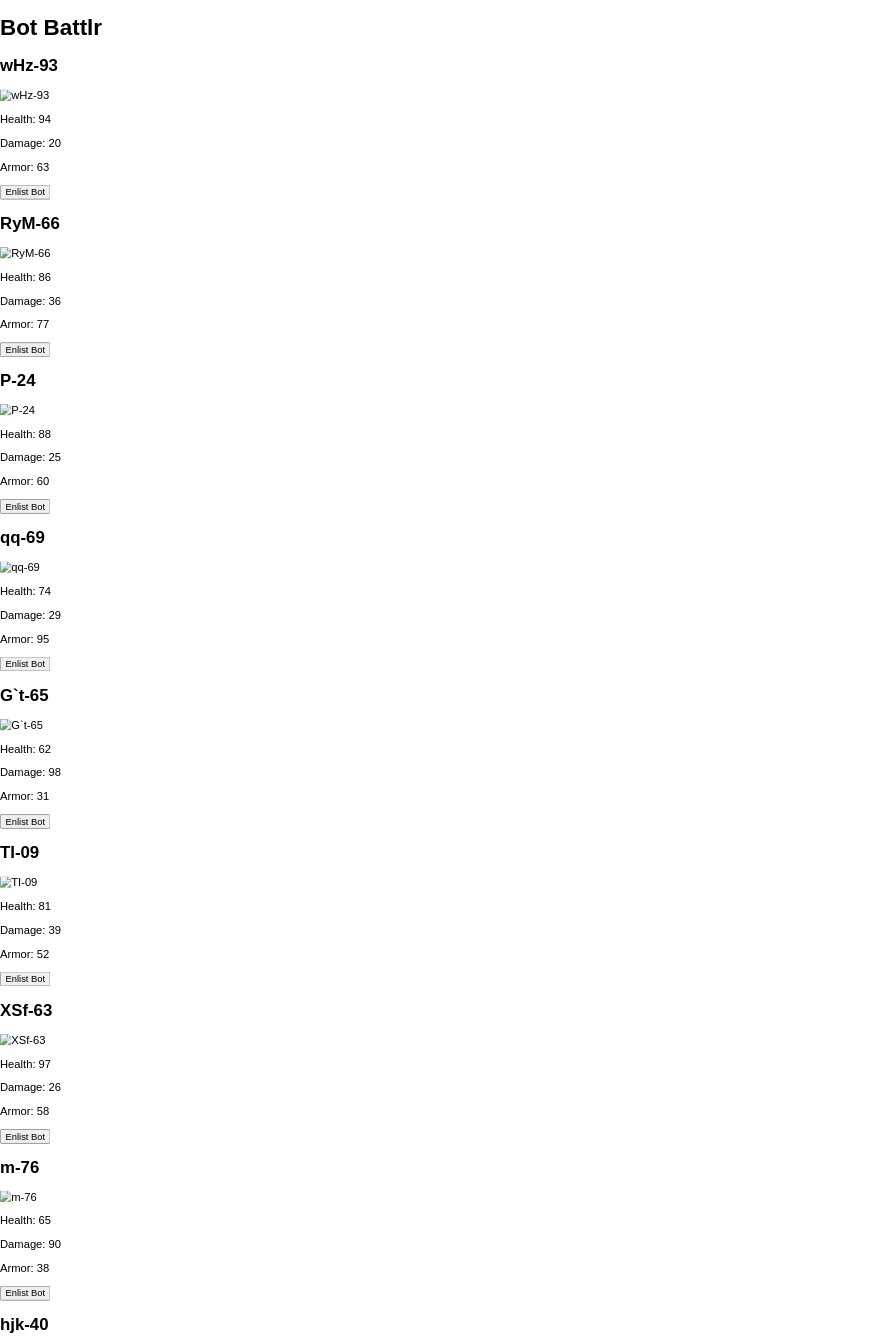
Repository: Kipkoechrono/phase-2-wk-2-bot-battlr-code-challenge
Page: / (app in bot-battlr/)
These files come from the project's save history. The page is drawn as it stood at one moment and after the next save; the edit follows.
The browser window is 1280 px wide. The pictures show the part of the page from y = 0 to 1920 px (the page is 22541 px tall before and 8105 px after), at 70% of full size.
The project was rebuilt for these pictures with package versions that can differ from the ones it lists, and the page was loaded fresh each time. Requests to the local data server were answered from the project's data file.

Above is the page before, as saved 2024-08-19 17:57:51.

After the next save:
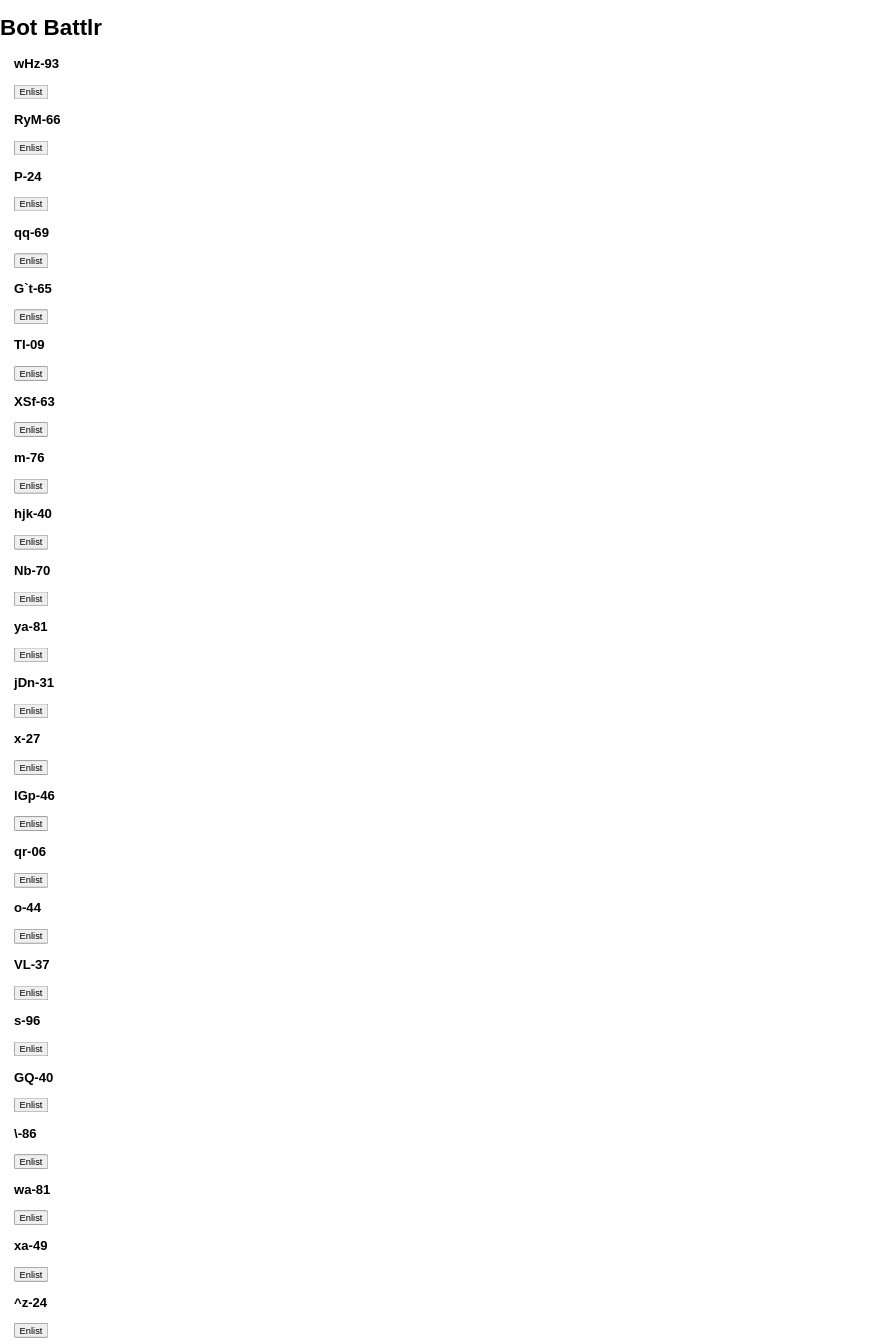
Saved 29 s later.
--- a/bot-battlr/src/components/BotCollection.js
+++ b/bot-battlr/src/components/BotCollection.js
@@ -1,20 +1,24 @@
-import React from 'react';
-import BotCard from './BotCard';
+import React from "react";
+import BotCard from "./BotCard";
 
-function BotCollection({ bots, onEnlist }) {
+function BotCollection({ bots, enlistBot, deleteBot }) {
+  // Your code here
+  const botItem = bots.map((bot) => {
+    return (
+      <BotCard
+        key={bot.id}
+        bot={bot}
+        clickEvent={enlistBot}
+        deleteBot={deleteBot}
+      />
+    );
+  });
   return (
-    <div className="bot-collection">
-      {bots.map(bot => (
-        <div key={bot.id} className="bot-card">
-          <h2>{bot.name}</h2>
-          {/* Render the image */}
-          <img src={bot.image} alt={bot.name} style={{ width: '150px', height: '150px' }} />
-          <p>Health: {bot.health}</p>
-          <p>Damage: {bot.damage}</p>
-          <p>Armor: {bot.armor}</p>
-          <button onClick={() => onEnlist(bot.id)}>Enlist Bot</button>
-        </div>
-      ))}
+    <div className="ui four column grid">
+      <div className="row">
+        {/*...and here..*/}
+        {botItem}
+      </div>
     </div>
   );
 }

After the save that followed:
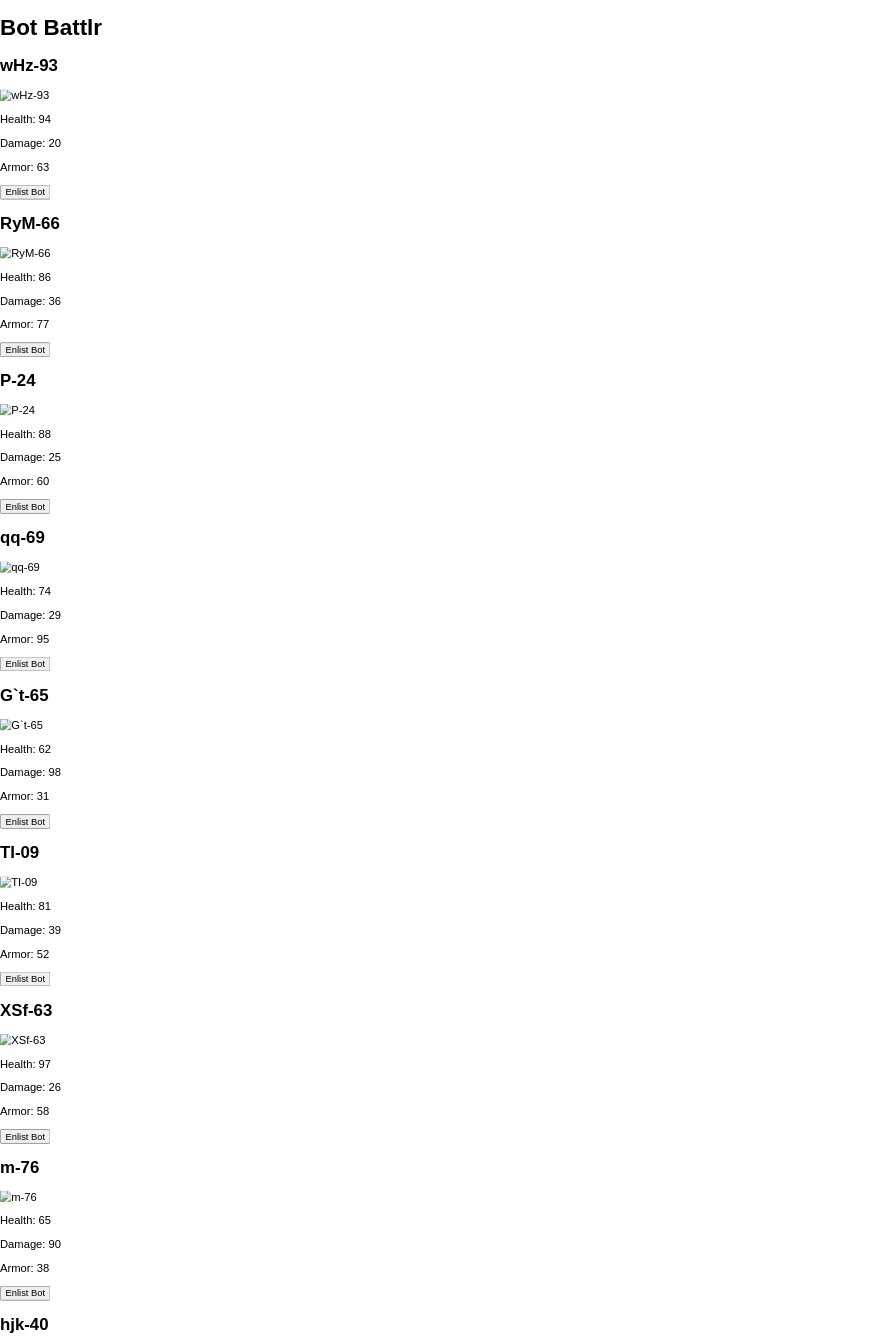
Saved 27 s later.
--- a/bot-battlr/src/components/BotCollection.js
+++ b/bot-battlr/src/components/BotCollection.js
@@ -1,24 +1,20 @@
-import React from "react";
-import BotCard from "./BotCard";
+import React from 'react';
+import BotCard from './BotCard';
 
-function BotCollection({ bots, enlistBot, deleteBot }) {
-  // Your code here
-  const botItem = bots.map((bot) => {
-    return (
-      <BotCard
-        key={bot.id}
-        bot={bot}
-        clickEvent={enlistBot}
-        deleteBot={deleteBot}
-      />
-    );
-  });
+function BotCollection({ bots, onEnlist }) {
   return (
-    <div className="ui four column grid">
-      <div className="row">
-        {/*...and here..*/}
-        {botItem}
-      </div>
+    <div className="bot-collection">
+      {bots.map(bot => (
+        <div key={bot.id} className="bot-card">
+          <h2>{bot.name}</h2>
+          {/* Render the image */}
+          <img src={bot.image} alt={bot.name} style={{ width: '150px', height: '150px' }} />
+          <p>Health: {bot.health}</p>
+          <p>Damage: {bot.damage}</p>
+          <p>Armor: {bot.armor}</p>
+          <button onClick={() => onEnlist(bot.id)}>Enlist Bot</button>
+        </div>
+      ))}
     </div>
   );
 }
